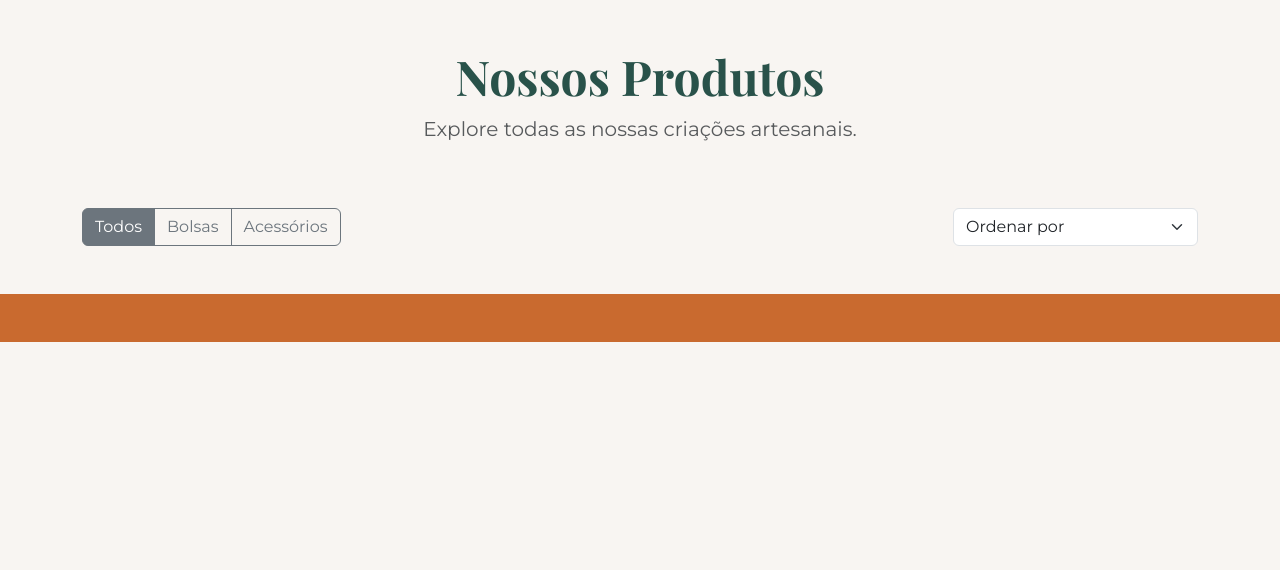
Repository: Lucascsg/projeto-anasouza-frontend
Page: produtos.html
The author's editor kept a copy of each file at every save. The page is drawn from the files as they stood at one save, then again after the next save.
The browser window is 1280 px wide. The pictures show the whole page.

Above is the page before, as saved 2025-10-20 23:20:50.

### produtos.html
<!DOCTYPE html>
<html lang="pt-br">
<head>
    <meta charset="UTF-8">
    <meta name="viewport" content="width=device-width, initial-scale=1.0">
    <title>Nossos Produtos - Ana Souza</title>

    <link href="https://cdn.jsdelivr.net/npm/bootstrap@5.3.2/dist/css/bootstrap.min.css" rel="stylesheet">
    <link rel="stylesheet" href="css/style.css">
    <link rel="stylesheet" href="https://cdn.jsdelivr.net/npm/bootstrap-icons@1.11.1/font/bootstrap-icons.css">
    <link rel="preconnect" href="https://fonts.googleapis.com">
    <link rel="preconnect" href="https://fonts.gstatic.com" crossorigin>
    <link href="https://fonts.googleapis.com/css2?family=Montserrat:wght@400;500;600&family=Playfair+Display:wght@700&family=Great+Vibes&display=swap" rel="stylesheet">
    <link rel="stylesheet" href="https://unpkg.com/aos@next/dist/aos.css" />
</head>
<body>

    <header>
        </header>

    <main class="container my-5">
        <div class="row">
            <div class="col-12 text-center mb-5">
                <h1 class="display-5 fw-bold">Nossos Produtos</h1>
                <p class="lead text-muted">Explore todas as nossas criações artesanais.</p>
            </div>
        </div>

        <div class="row mb-4">
            <div class="col-md-6">
                <div class="btn-group" role="group" aria-label="Filtro de Categoria">
                    <button type="button" class="btn btn-outline-secondary active" data-categoria="todos">Todos</button>
                    <button type="button" class="btn btn-outline-secondary" data-categoria="bolsa">Bolsas</button>
                    <button type="button" class="btn btn-outline-secondary" data-categoria="acessorio">Acessórios</button>
                </div>
            </div>
            <div class="col-md-6 mt-3 mt-md-0 d-flex justify-content-md-end">
                <select class="form-select w-auto" id="ordenar-produtos">
                    <option selected value="padrao">Ordenar por</option>
                    <option value="preco-asc">Preço: Menor para Maior</option>
                    <option value="preco-desc">Preço: Maior para Menor</option>
                </select>
            </div>
        </div>

        <div class="row gy-4" id="lista-completa-produtos">
            </div>
    </main>

    <footer class="py-4 footer-custom">
       </footer>

    <script src="https://cdn.jsdelivr.net/npm/bootstrap@5.3.2/dist/js/bootstrap.bundle.min.js"></script>
    <script src="https://unpkg.com/aos@next/dist/aos.js"></script>
    <script src="js/produtos.js"></script>
</body>
</html>

### css/style.css
/* =================================== */
/* VARIÁVEIS GLOBAIS E ESTILOS BASE    */
/* =================================== */
:root {
    /* Sua paleta de cores (mantive suas últimas alterações) */
    --cor-base-escura: #c96a2f;
    --cor-acao-vibrante: #854D27;
    --cor-detalhe-quente: #29524A;
    --cor-texto-escuro: #06070E;

    /* Cores Neutras e de Fundo */
    --cor-fundo-claro: #F8F5F2;
    --cor-texto-claro: #FFFFFF;
}

body {
    font-family: 'Montserrat', sans-serif;
    background-color: var(--cor-fundo-claro);
    color: var(--cor-texto-escuro);
}

h1, h2, h3, h4, h5, h6 {
    font-family: 'Playfair Display', serif;
    color: var(--cor-detalhe-quente);
}

/* =================================== */
/* ESTILOS DA BARRA DE NAVEGAÇÃO       */
/* =================================== */
.navbar-custom {
    background-color: var(--cor-base-escura);
}
/* ... (O resto dos estilos da navbar e do logo permanecem como você enviou) ... */
.navbar-brand.logo-text {
    display: flex;
    flex-direction: column;
    justify-content: center;
    padding: 0;
    position: relative;
    top: 2px;
}
.navbar-brand div {
    font-family: 'Great Vibes', cursive;
    font-size: 2.2rem;
    color: #FFD972 !important;
    line-height: 1;
    font-weight: normal;
}
.navbar-brand .logo-subtitle {
    font-family: 'Montserrat', sans-serif;
    font-size: 0.6rem;
    text-transform: uppercase;
    letter-spacing: 0.1em;
    display: block;
    opacity: 0.9;
    color: #FFD972;
    margin-top: -5px;
}
/* ... (outros estilos da navbar que você enviou) ... */
.navbar-custom .navbar-brand img {
    height: 40px;
}
.navbar-custom .nav-link {
    color: var(--cor-texto-claro);
    font-weight: 500;
    text-transform: uppercase;
    font-size: 0.9rem;
    padding: 0.5rem 1rem;
    transition: opacity 0.3s;
}
.navbar-custom .nav-link:hover {
    opacity: 0.8;
}
.navbar-icons a {
    color: var(--cor-texto-claro);
    font-size: 1.2rem;
    transition: opacity 0.3s;
}
.navbar-icons a:hover {
    opacity: 0.8;
}


/* =================================== */
/* ESTILOS DA SEÇÃO HERO (IMAGEM)      */
/* =================================== */
#hero {
    position: relative;
    height: 90vh;
    width: 100%;
    display: flex;
    align-items: center;
    justify-content: center;

    /* --- ATUALIZAÇÃO PARA IMAGEM DE FUNDO --- */
    background: url('../imagens/hero-background.jpg') no-repeat center center/cover;
}

#hero::after {
    content: '';
    position: absolute;
    top: 0;
    left: 0;
    width: 100%;
    height: 100%;
    background: rgba(0, 0, 0, 0.6);
    z-index: 1;
}

#hero .hero-content {
    position: relative;
    z-index: 2;
}

#hero .hero-content h1 {
    font-weight: 700;
    color: var(--cor-texto-claro);
}

#hero .hero-content .btn {
    border-radius: 50px;
    padding: 12px 30px;
    font-weight: 600;
}


/* ... (O resto do seu CSS continua exatamente como você enviou) ... */

/* =================================== */
/* ESTILOS GERAIS DAS SEÇÕES           */
/* =================================== */
section h2 {
    color: var(--cor-detalhe-quente);
    margin-bottom: 1rem;
}

/* =================================== */
/* ESTILOS DA SEÇÃO DE PRODUTOS        */
/* =================================== */
.product-card {
    border: none;
    border-radius: 15px;
    box-shadow: 0 4px 15px rgba(0, 0, 0, 0.08);
    transition: all 0.3s ease-in-out;
}
.product-card:hover {
    transform: translateY(-8px);
    box-shadow: 0 8px 25px rgba(0, 0, 0, 0.12);
}
.product-card .card-title {
    color: var(--cor-texto-escuro);
    font-weight: 600;
}
.product-card .btn {
    border-radius: 50px;
    padding: 8px 25px;
    font-weight: 500;
    border-color: var(--cor-base-escura);
    color: var(--cor-base-escura);
}
.product-card .btn:hover {
    background-color: var(--cor-base-escura);
    color: white;
}

/* =================================== */
/* ESTILOS DA SEÇÃO DE BLOG            */
/* =================================== */
.btn-custom-primary {
    background-color: var(--cor-acao-vibrante);
    color: white;
    border: none;
    border-radius: 50px;
    padding: 10px 30px;
    font-weight: 600;
    transition: all 0.3s;
}
.btn-custom-primary:hover {
    background-color: var(--cor-acao-vibrante);
    color: white;
    opacity: 0.9;
    transform: translateY(-2px);
}
#blog img {
    border-radius: 15px;
}

/* =================================== */
/* ESTILOS DO RODAPÉ (FOOTER)          */
/* =================================== */
.footer-custom {
    background-color: var(--cor-base-escura);
}
.footer-custom a {
    text-decoration: none;
    transition: opacity 0.3s;
}
.footer-custom a:hover {
    opacity: 0.8;
}

/* =================================== */
/* ESTILO DE SEÇÃO EM FORMATO DE CARD  */
/* =================================== */

.section-card {
    background-color: #c3c3c3; /* Fundo branco para o card */
    padding: 3rem 2rem;        /* Espaçamento interno generoso */
    border-radius: 20px;       /* As pontas curvadas que você pediu */
    box-shadow: 0 10px 30px rgba(0, 0, 0, 0.07); /* Sombra sutil para "flutuar" */
}

/* =================================== */
/* Estilos da Página de Produto        */
/* =================================== */

.product-price {
    color: var(--cor-detalhe-quente); /* Usando o verde/marrom dos títulos */
    font-weight: 600;
}

Loaded but not shown: js/produtos.js (no stored copy; drawn as an empty file)

After the next save:
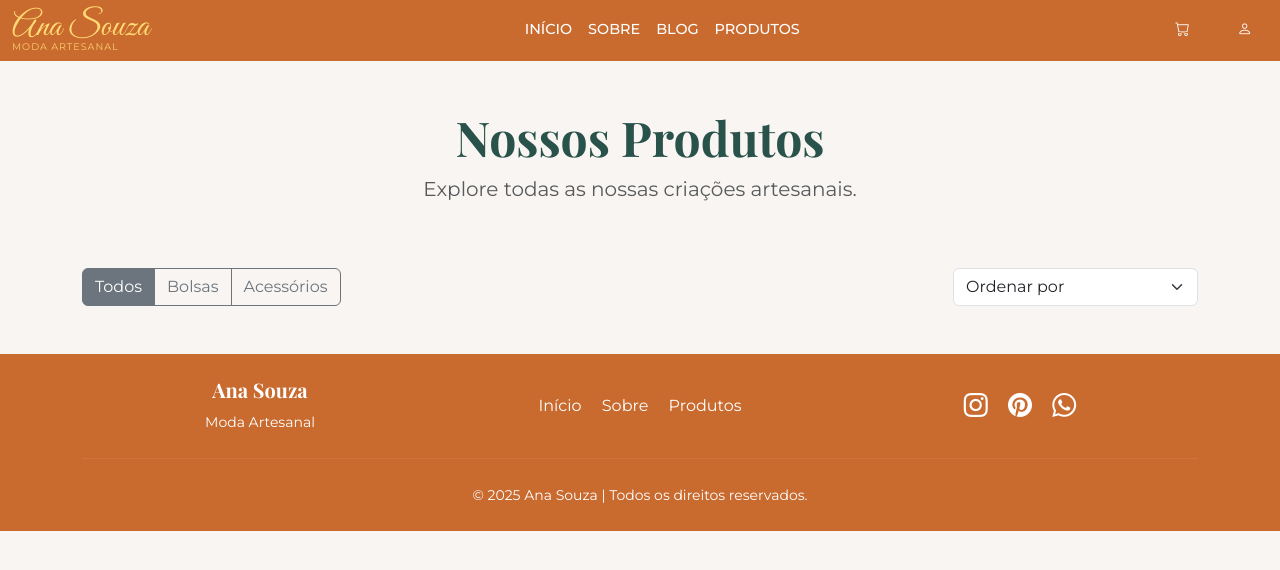
Saved 47 s later.
--- a/produtos.html
+++ b/produtos.html
@@ -16,7 +16,33 @@
 <body>
 
     <header>
-        </header>
+        <nav class="navbar navbar-expand-lg navbar-dark navbar-custom">
+            <div class="container-fluid">
+                <a class="navbar-brand logo-text" href="index.html">
+                    <div>Ana Souza</div>
+                    <small class="logo-subtitle">MODA ARTESANAL</small>
+                </a>
+                <button class="navbar-toggler" type="button" data-bs-toggle="collapse" data-bs-target="#navbarNav" aria-controls="navbarNav" aria-expanded="false" aria-label="Toggle navigation">
+                    <span class="navbar-toggler-icon"></span>
+                </button>
+                <div class="collapse navbar-collapse" id="navbarNav">
+                    <ul class="navbar-nav mx-auto">
+                        <li class="nav-item"><a class="nav-link" href="index.html">Início</a></li>
+                        <li class="nav-item"><a class="nav-link" href="index.html#sobre">Sobre</a></li>
+                        <li class="nav-item"><a class="nav-link" href="blog.html">Blog</a></li>
+                        <li class="nav-item"><a class="nav-link active" href="produtos.html">Produtos</a></li>
+                    </ul>
+                    <div class="navbar-icons d-flex">
+                        <a href="carrinho.html" class="nav-link position-relative">
+                            <i class="bi bi-cart"></i>
+                            <span class="badge rounded-pill bg-danger position-absolute top-0 start-100 translate-middle" id="contador-carrinho" style="display: none;">0</span>
+                        </a>
+                        <a href="#" class="nav-link ms-3"><i class="bi bi-person"></i></a>
+                    </div>
+                </div>
+            </div>
+        </nav>
+    </header>
 
     <main class="container my-5">
         <div class="row">
@@ -48,7 +74,29 @@
     </main>
 
     <footer class="py-4 footer-custom">
-       </footer>
+        <div class="container text-center text-white">
+            <div class="row align-items-center">
+                <div class="col-md-4 mb-3 mb-md-0">
+                    <h5 class="text-white">Ana Souza</h5>
+                    <small>Moda Artesanal</small>
+                </div>
+                <div class="col-md-4 mb-3 mb-md-0">
+                    <ul class="list-inline mb-0">
+                        <li class="list-inline-item mx-2"><a href="index.html" class="text-white">Início</a></li>
+                        <li class="list-inline-item mx-2"><a href="index.html#sobre" class="text-white">Sobre</a></li>
+                        <li class="list-inline-item mx-2"><a href="produtos.html" class="text-white">Produtos</a></li>
+                    </ul>
+                </div>
+                <div class="col-md-4">
+                    <a href="#" class="text-white fs-4 mx-2"><i class="bi bi-instagram"></i></a>
+                    <a href="#" class="text-white fs-4 mx-2"><i class="bi bi-pinterest"></i></a>
+                    <a href="#" class="text-white fs-4 mx-2"><i class="bi bi-whatsapp"></i></a>
+                </div>
+            </div>
+            <hr class="my-4" style="border-color: rgba(255, 255, 255, 0.3);">
+            <small>&copy; 2025 Ana Souza | Todos os direitos reservados.</small>
+        </div>
+    </footer>
 
     <script src="https://cdn.jsdelivr.net/npm/bootstrap@5.3.2/dist/js/bootstrap.bundle.min.js"></script>
     <script src="https://unpkg.com/aos@next/dist/aos.js"></script>
